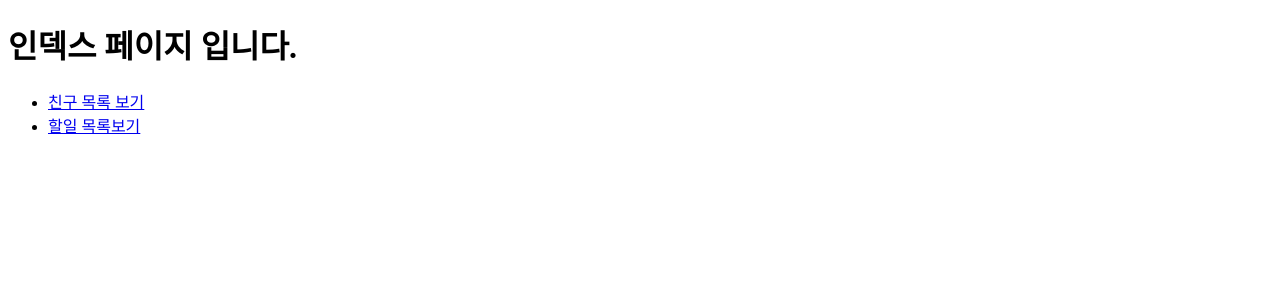
Repository: smj1219/servlet_study
Page: http://localhost/Step01_Servlet/
The author's editor kept a copy of each file at every save. The page is drawn from the files as they stood at one save, then again after the next save.
The browser window is 1280 px wide. The pictures show the whole page.
The page is served by Tomcat 9.

Above is the page before, as saved 2024-06-04 07:35:34.

After the next save:
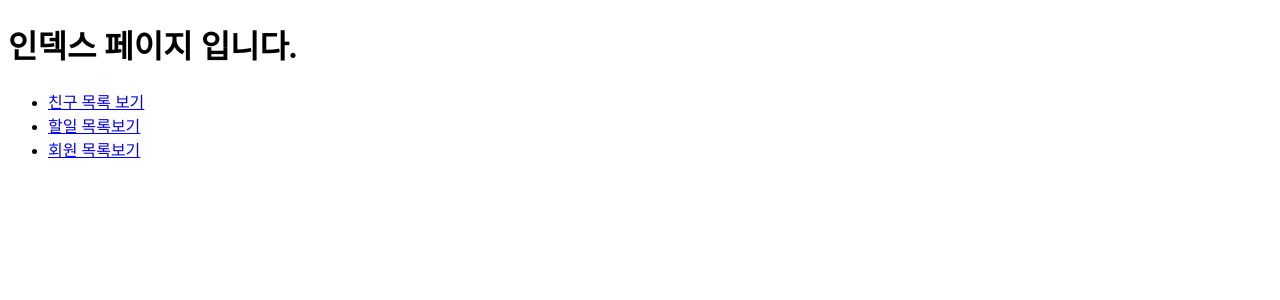
Saved 37 s later.
--- a/Step01_Servlet/src/main/webapp/index.html
+++ b/Step01_Servlet/src/main/webapp/index.html
@@ -10,6 +10,7 @@
 		<ul>
 			<li><a href="friend/list">친구 목록 보기</a></li>
 			<li><a href="todo/list">할일 목록보기</a></li>
+			<li><a href="member/list">회원 목록보기</a></li>
 		</ul>
 	</div>
 </body>
